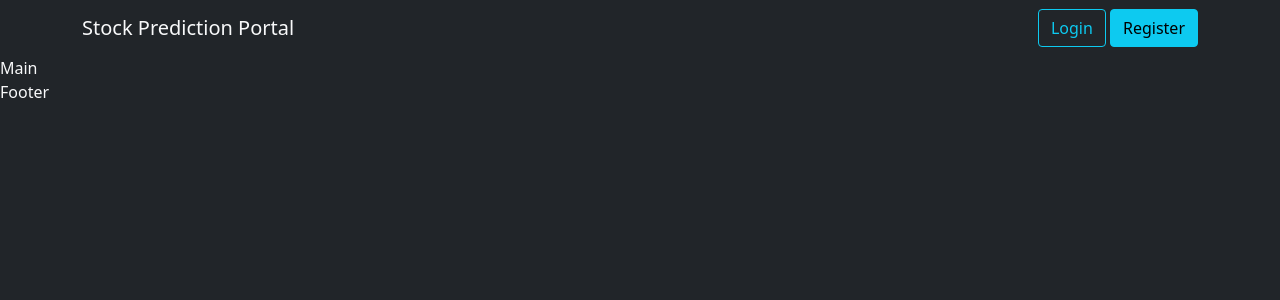
Repository: killerTiger10/stock-prediction-portal
Page: /login (app in frontend-react/)
The author's editor kept a copy of each file at every save. The page is drawn from the files as they stood at one save, then again after the next save.
The browser window is 1280 px wide. The pictures show the whole page.
The project was rebuilt for these pictures with package versions that can differ from the ones it lists, and the page was loaded fresh each time. Also part of the build but not shown: frontend-react/vite.config.js.

Above is the page before, as saved 2025-06-14 00:00:02.

### frontend-react/index.html
<!DOCTYPE html>
<html lang="en">
  <head>
    <meta charset="UTF-8" />
    <link rel="icon" type="image/svg+xml" href="/vite.svg" />
    <meta name="viewport" content="width=device-width, initial-scale=1.0" />
    <title>Stock Prediction Portal</title>
    <link
      href="https://cdn.jsdelivr.net/npm/bootstrap@5.0.2/dist/css/bootstrap.min.css"
      rel="stylesheet"
    />
  </head>
  <body>
    <div id="root"></div>
    <script type="module" src="/src/main.jsx"></script>
    <script src="https://cdn.jsdelivr.net/npm/bootstrap@5.0.2/dist/js/bootstrap.bundle.min.js"></script>
  </body>
</html>

### frontend-react/src/App.jsx
import { useState } from "react";
import "./assets/css/style.css";
import Footer from "./components/Footer";
import Header from "./components/Header";
import Main from "./components/Main";
function App() {
  const [count, setCount] = useState(0);

  return (
    <>
      <Header />
      <Main />
      <Footer />
    </>
  );
}

export default App;

### frontend-react/src/assets/css/style.css
body {
  background-color: #212529;
}

### frontend-react/src/components/Footer.jsx
import React from "react";

const Footer = () => {
  return <div className="text-light">Footer</div>;
};

export default Footer;

### frontend-react/src/components/Header.jsx
import React from "react";

const Header = () => {
  return (
    <>
      <nav className="navbar container">
        <a href="" className="navbar-brand text-light">
          Stock Prediction Portal
        </a>
        <div>
          <a href="" className="btn btn-outline-info">
            Login
          </a>
          &nbsp;
          <a href="" className="btn btn-info">
            Register
          </a>
        </div>
      </nav>
    </>
  );
};

export default Header;

### frontend-react/src/components/Main.jsx
import React from "react";

const Main = () => {
  return <div className="text-light">Main</div>;
};

export default Main;

Loaded but not shown: frontend-react/src/main.jsx (common file)

After the next save:
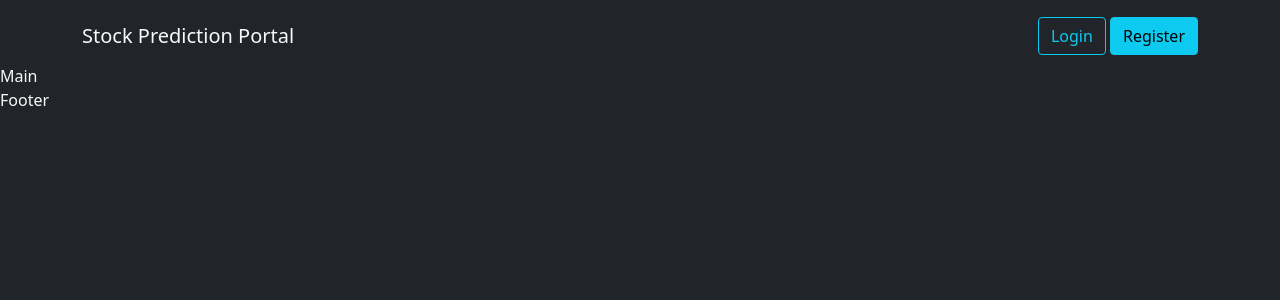
Saved 35 s later.
--- a/frontend-react/src/components/Header.jsx
+++ b/frontend-react/src/components/Header.jsx
@@ -3,7 +3,7 @@ import React from "react";
 const Header = () => {
   return (
     <>
-      <nav className="navbar container">
+      <nav className="navbar container pt-3">
         <a href="" className="navbar-brand text-light">
           Stock Prediction Portal
         </a>
